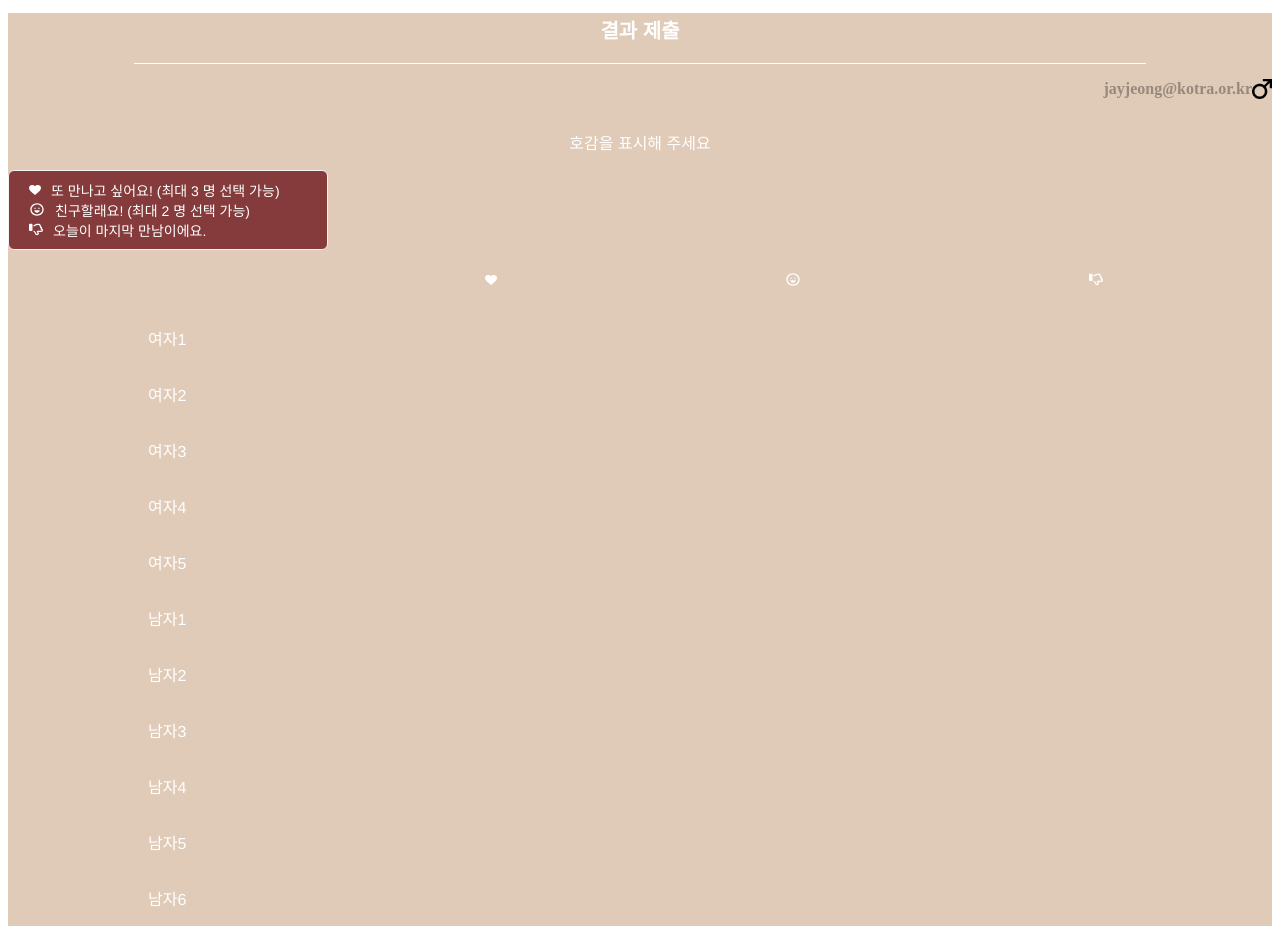
Repository: Jay-Jeong1988/speed_dating_pwa
Page: /submit_result
An editor plug-in stored every save of this project. The page is shown before and after a run of saves, followed by the edit.
The browser window is 1280 px wide. The pictures show the whole page.
The project was rebuilt for these pictures with package versions that can differ from the ones it lists, and the page was loaded fresh each time. Also part of the build but not shown: vue.config.js, src/views/LoginPage.vue, src/views/DashBoard.vue, src/components/no_reservation_card.vue, src/views/BookedEventsPage.vue.

Above is the page before, as saved 2023-02-12 22:50:33.

After the next 4 saves:
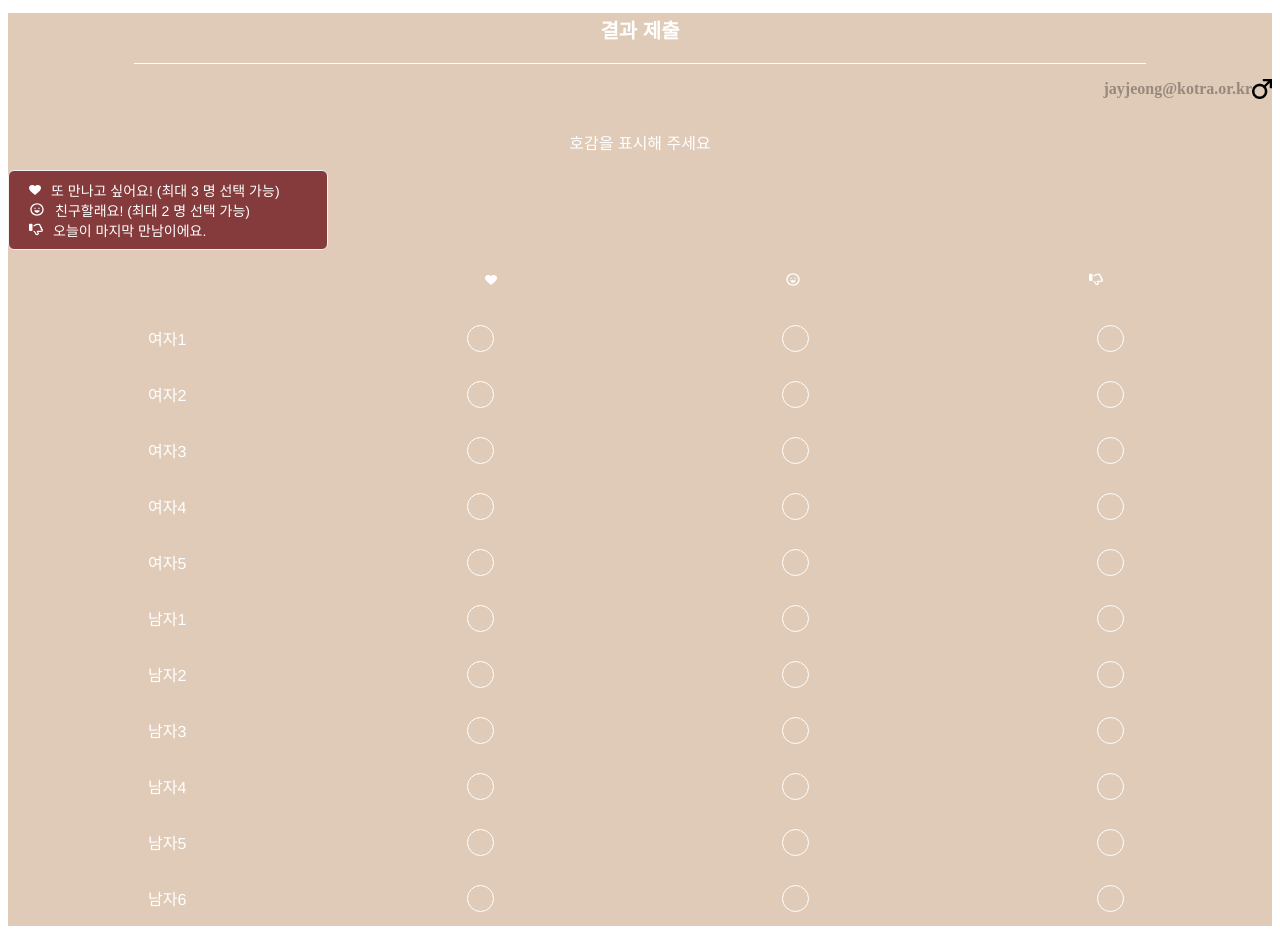
The 4 saves are shown as one change because 1 did not build or start and some came seconds apart.
The last was saved 24 s later.
--- a/src/views/SubmitResultPage.vue
+++ b/src/views/SubmitResultPage.vue
@@ -153,6 +153,7 @@ export default {
   width: 25px;
   background-color: transparent;
   border-radius: 50%;
+  border: 1px solid #fff;
 }
 
 /* On mouse-over, add a grey background color */
